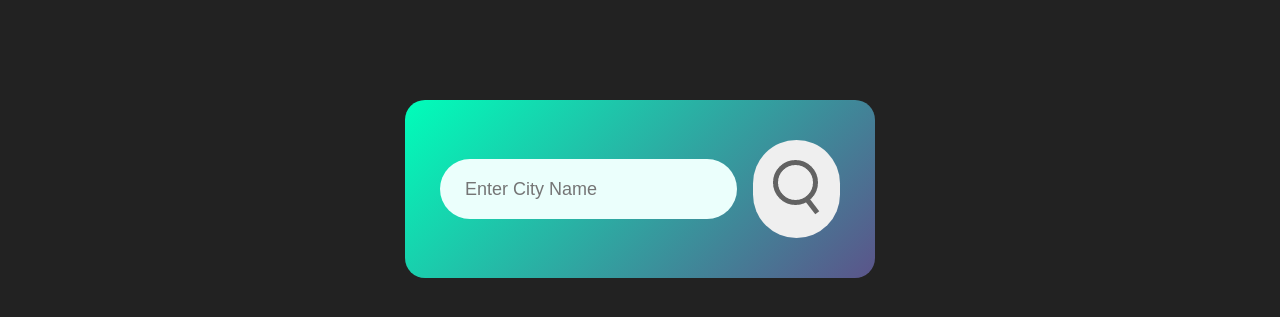
Repository: dubeprince/WeatherApp-Project
Page: WeatherApp/index.html
An editor plug-in stored every save of this project. The page is shown before and after the next save, followed by the edit.
The browser window is 1280 px wide. The pictures show the whole page.

Above is the page before, as saved 2023-05-26 10:47:52.

### WeatherApp/index.html
<!DOCTYPE html>
<html lang="en">
<head>
    <meta charset="UTF-8">
    <meta http-equiv="X-UA-Compatible" content="IE=edge">
    <meta name="viewport" content="width=device-width, initial-scale=1.0">
    <title>Weather App</title>
    <link rel = "stylesheet" href = "style.css">
</head>
<body>

    <div class="card">
        <div class="search">
            <input type="text" placeholder="Enter City Name" spellcheck="false">
            <button><img src="images/search.png" alt=""></button>
        </div>
    </div>

</body>
</html>

### WeatherApp/style.css
*{
    margin : 0;
    padding: 0;
    font-family: 'Poppins', sans-serif;
    box-sizing: border-box;

}
body{
    background: #222;
}
.card{
    width: 90%;
    max-width: 470px;
    background: linear-gradient(135deg, #00feba, #5b548a);
    color: #fff; /* white */
    margin: 100px auto 0;
    border-radius: 20px;
    padding: 40px 35px;
    text-align: center;

}
.search{
    width: 100%;
    display: flex;
    align-items: center;
    justify-content: space-between;
}
.search input{
    border: 0;
    outline: 0;
    background: #ebfffc;
    color: #555;
    padding: 10px 25px;
    height: 60px;
    border-radius: 30px;
    flex: 1;
    margin-right: 16px;
    font-size: 18px;
}
.search button{
    border: 0;
    outline: 0;
    border-radius: 90px;
    padding : 20px 20px;
}

After the next save:
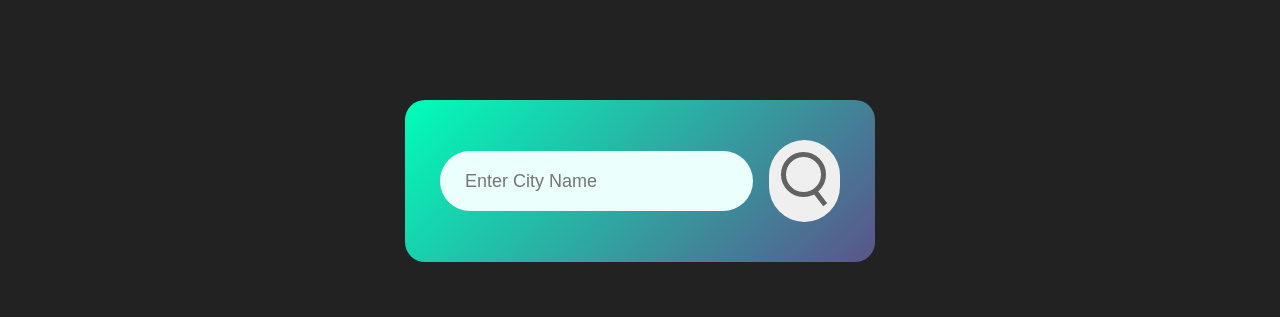
Saved 15 s later.
--- a/WeatherApp/style.css
+++ b/WeatherApp/style.css
@@ -41,5 +41,5 @@ body{
     border: 0;
     outline: 0;
     border-radius: 90px;
-    padding : 20px 20px;
+    padding : 12px 12px;
 }
